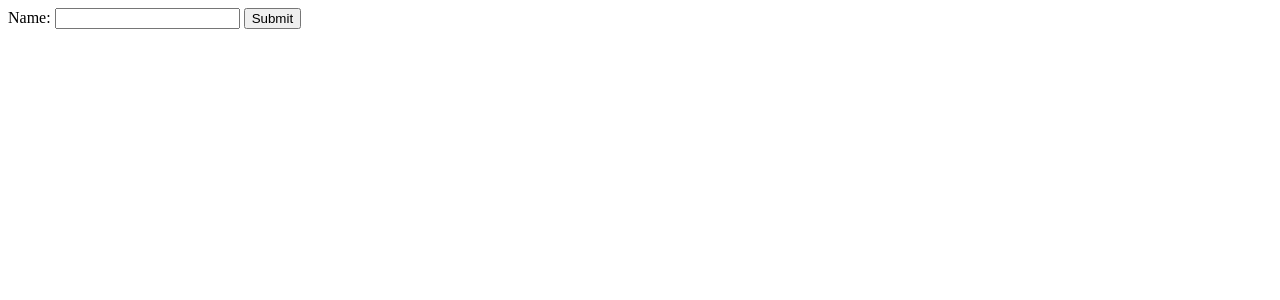
Repository: somnath0796/DeveloperMaterials
Page: http://localhost/DispatcherDemo/myJames.jsp
The author's editor kept a copy of each file at every save. The page is drawn from the files as they stood at one save, then again after the next save.
The browser window is 1280 px wide. The pictures show the whole page.
The page is served by Tomcat 9.

Above is the page before, as saved 2018-02-01 11:18:25.

After the next save:
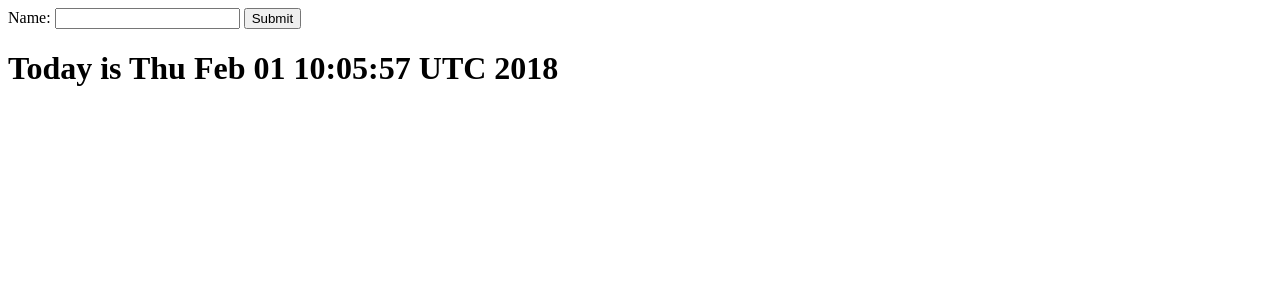
Saved 16 h 53 min later.
--- a/DispatcherDemo/WebContent/myJames.jsp
+++ b/DispatcherDemo/WebContent/myJames.jsp
@@ -9,5 +9,7 @@
 		Name: <input type="text" name="name">
 		<input type = "submit">
 	</form>
+
+	<h1>Today is <%=new java.util.Date() %></h1>
 </body>
 </html>
